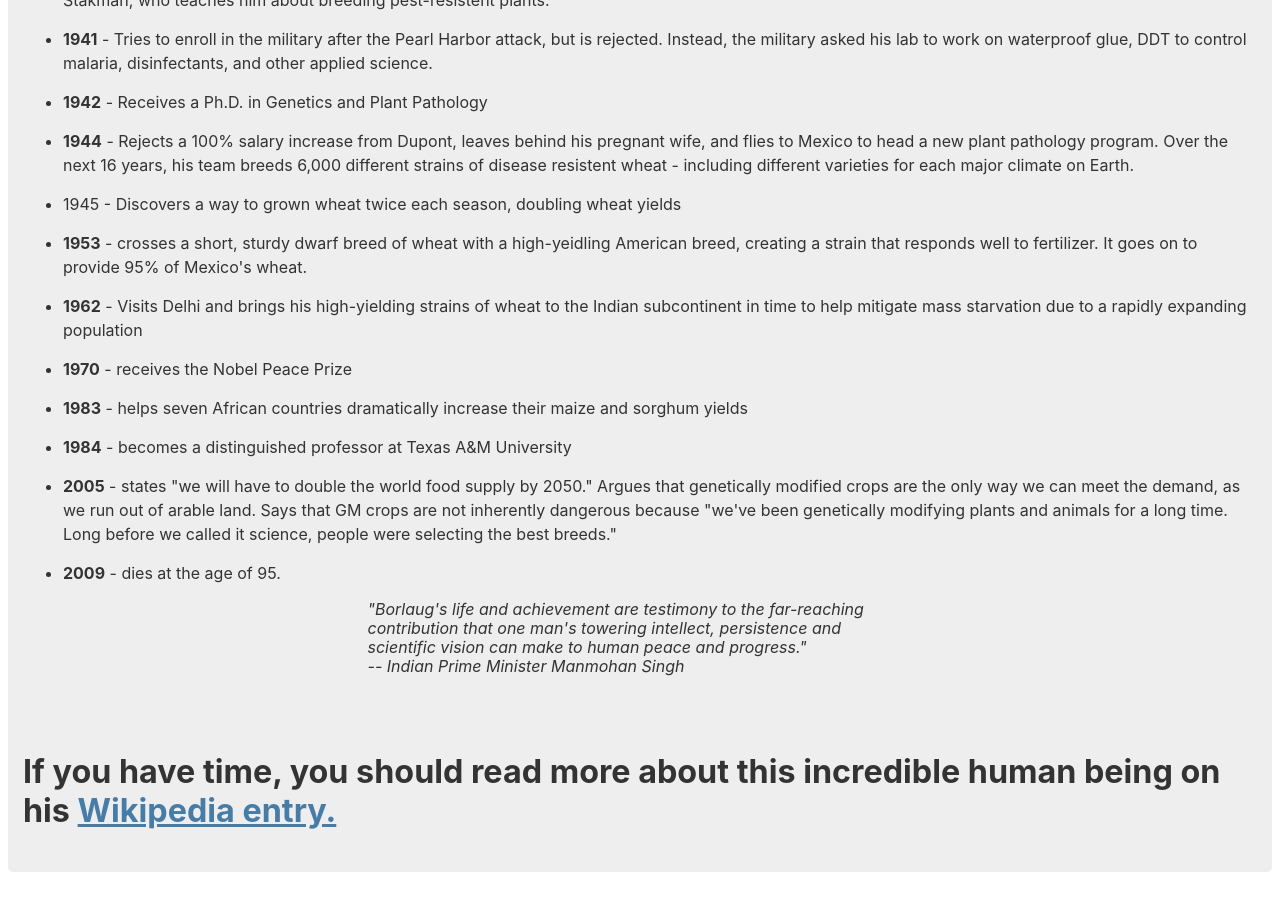
Repository: Lungdjos/tribute-page-certificate
Page: index.html
An editor plug-in stored every save of this project. The page is shown before and after a run of saves, followed by the edit.
The browser window is 1280 px wide. The pictures show the part of the page from y = 848 to 1800 px (the page is 1750 px tall before and 1800 px after).
A picture or video elsewhere on the page could not be fetched, so the positions and the page height are approximate.

Above is the page before, as saved 2023-10-30 12:50:26.

After the next 2 saves:
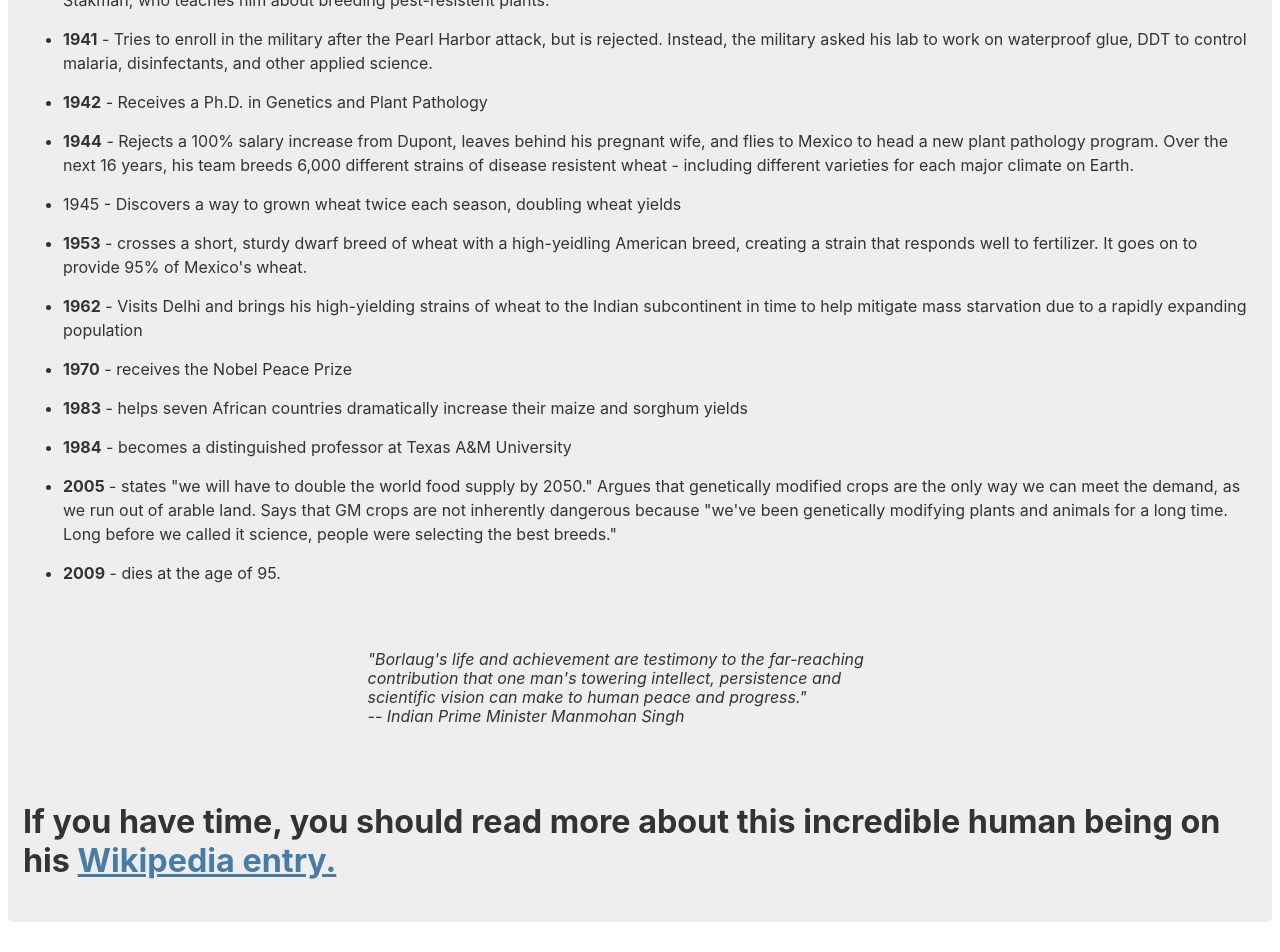
The 2 saves are shown as one change because they came seconds apart.
The last was saved 13 s later.
--- a/styles.css
+++ b/styles.css
@@ -70,7 +70,7 @@
     ul {
         line-height: 1.5;
         text-align: left;
-        margin: 0 auto;
+        margin: 0 auto 50px;
     }
 
     li {
